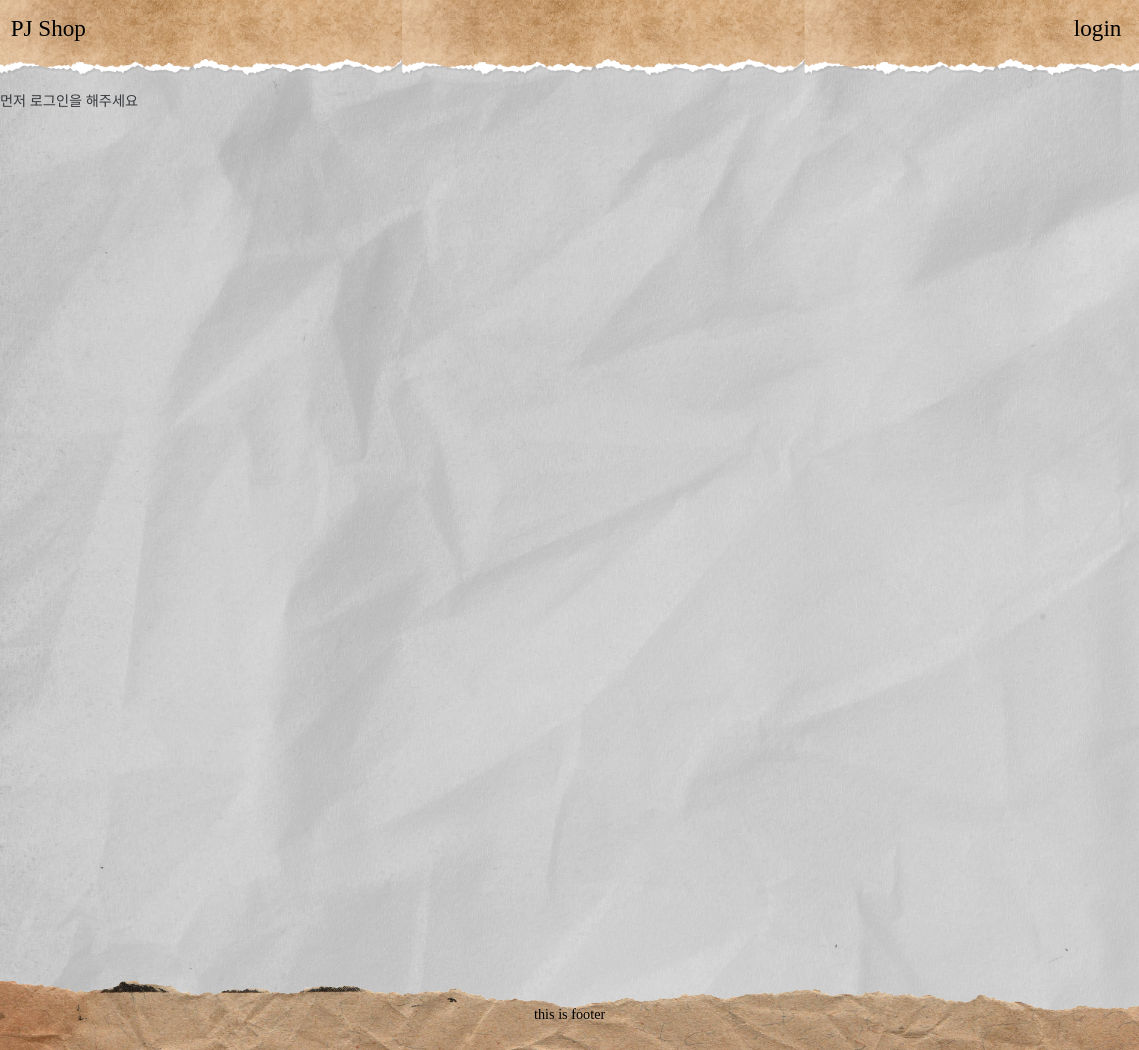
Repository: JUHAHAH/Servlet-Project
Page: http://localhost/SampleProject/
These files come from the project's save history. The page is drawn as it stood at one moment and after the next save; the edit follows.
The browser window is 1280 px wide. The pictures show the whole page, at 89% of full size.
Some web fonts or font styles are not loaded; a fallback is used. The page is served by Tomcat 10.

Above is the page before, as saved 2024-03-29 02:28:45.

After the next save:
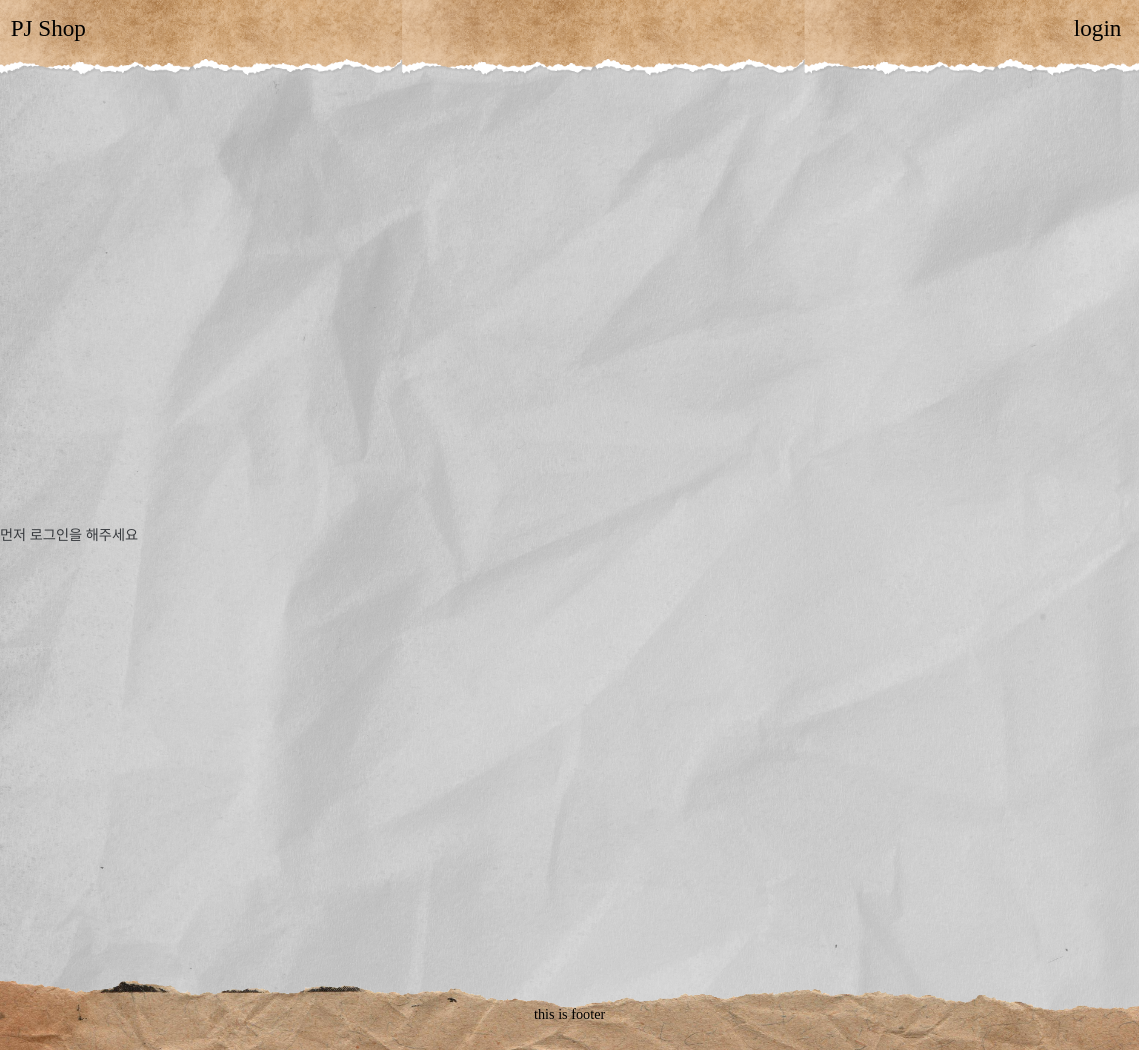
Saved 7 s later.
--- a/SampleProject/src/main/webapp/resources/css/main.css
+++ b/SampleProject/src/main/webapp/resources/css/main.css
@@ -58,6 +58,7 @@ body {
 main {
 	min-height: 1000px;
 	display: flex;
+	align-items: center;
 }
 
 header {
